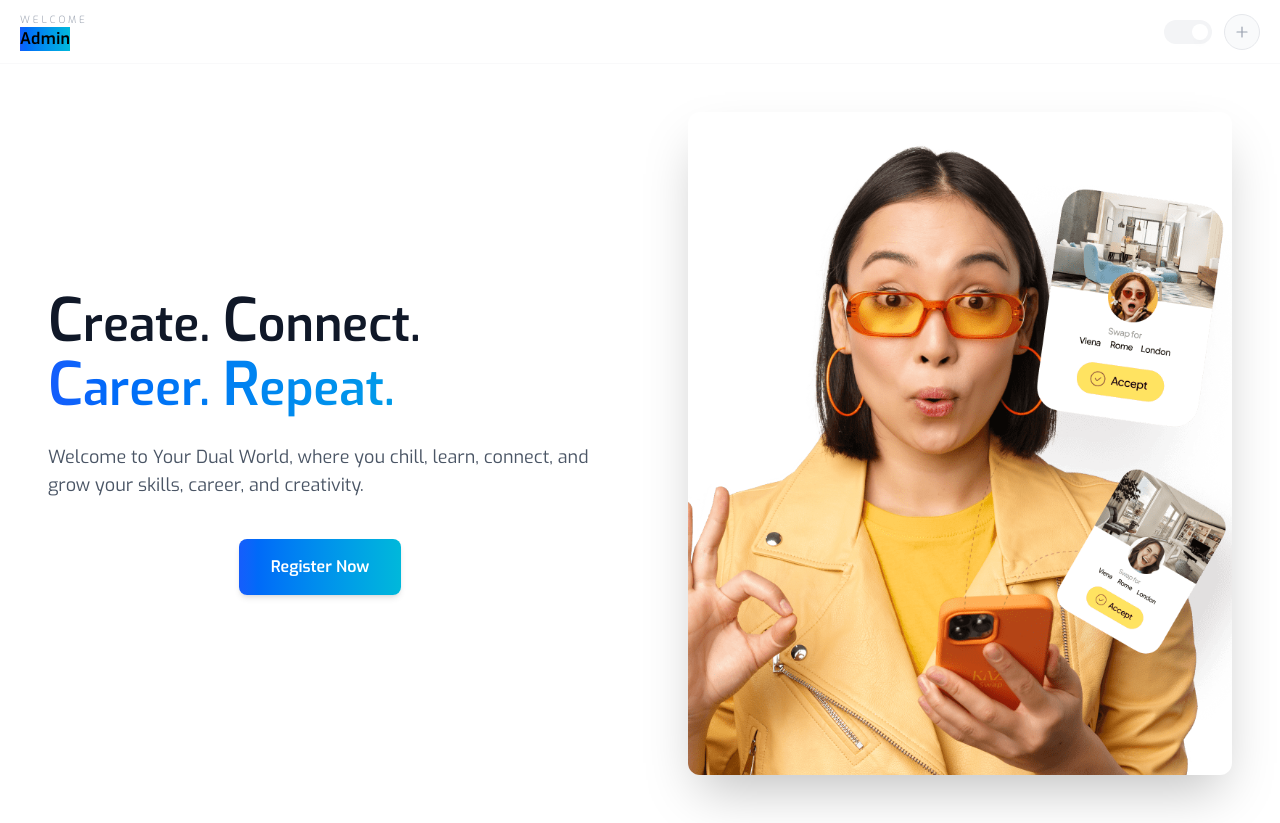
Repository: deepak445566/job
Page: / (app in frontend/)
These files come from the project's save history. The page is drawn as it stood at one moment and after the next save; the edit follows.
The browser window is 1280 px wide. The pictures show the whole page.
The page's requests for data from a server got no answer. Some web fonts or font styles are not loaded; a fallback is used. The project was rebuilt for these pictures with package versions that can differ from the ones it lists, and the page was loaded fresh each time. Some packages were replaced by stand-ins written for this rebuild. No one was signed in, and anything a server would have sent is missing. Also part of the build but not shown: frontend/vite.config.js, frontend/src/Components/auth/Login.jsx, frontend/src/Components/study/StudyDashboard.jsx, frontend/src/Components/chill/ChillDashboard.jsx.

Above is the page before, as saved 2026-02-26 14:23:39.

After the next save:
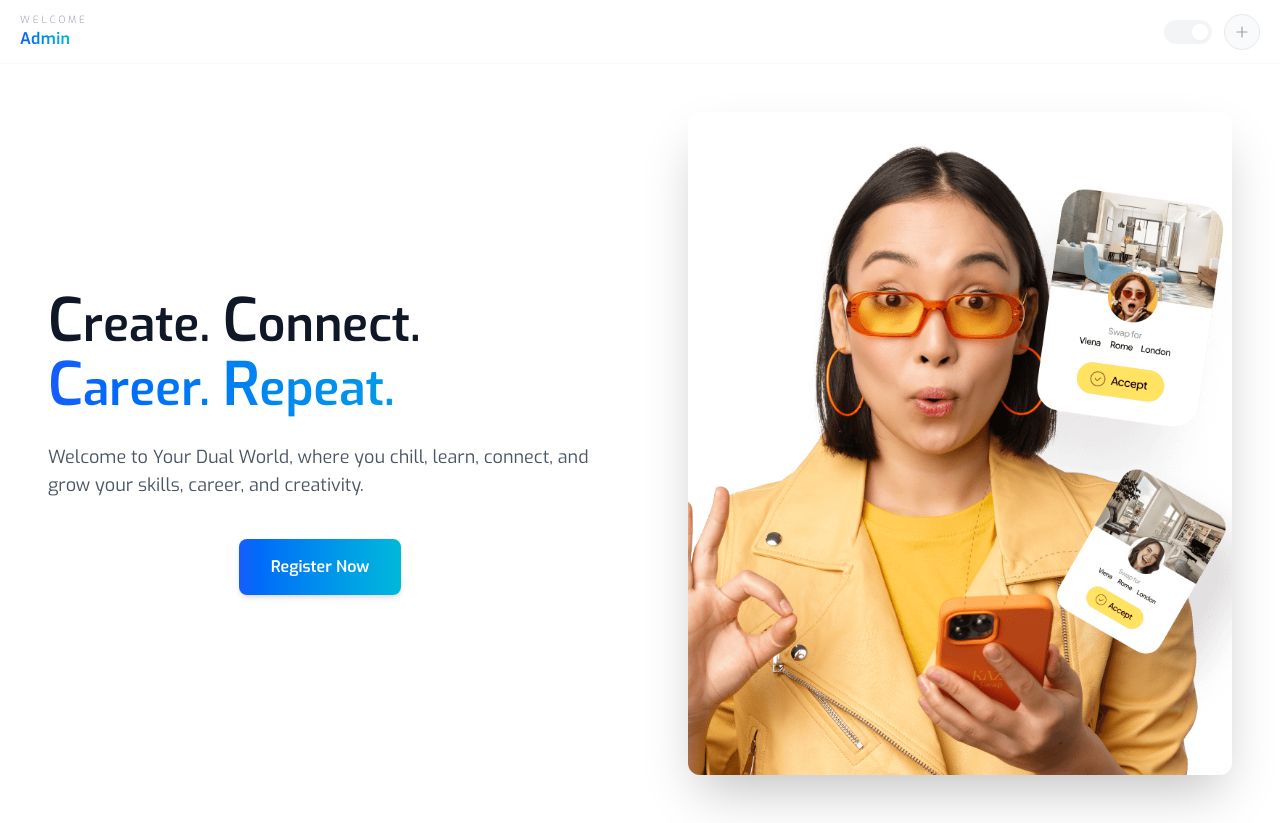
Saved 25 s later.
--- a/frontend/src/Components/common/Navbar.jsx
+++ b/frontend/src/Components/common/Navbar.jsx
@@ -68,7 +68,7 @@ function Navbar() {
               Welcome
             </span>
             <div className="flex items-center gap-2">
-              <span className="text-base font-semibold bg-gradient-to-r from-blue-600 to-cyan-500 tracking-wide">
+              <span className="text-base font-semibold text-transparent bg-clip-text  bg-gradient-to-r from-blue-600 to-cyan-500 tracking-wide">
                 {user?.username || user?.email?.split('@')[0] || 'Admin'}
               </span>
               {user && (
